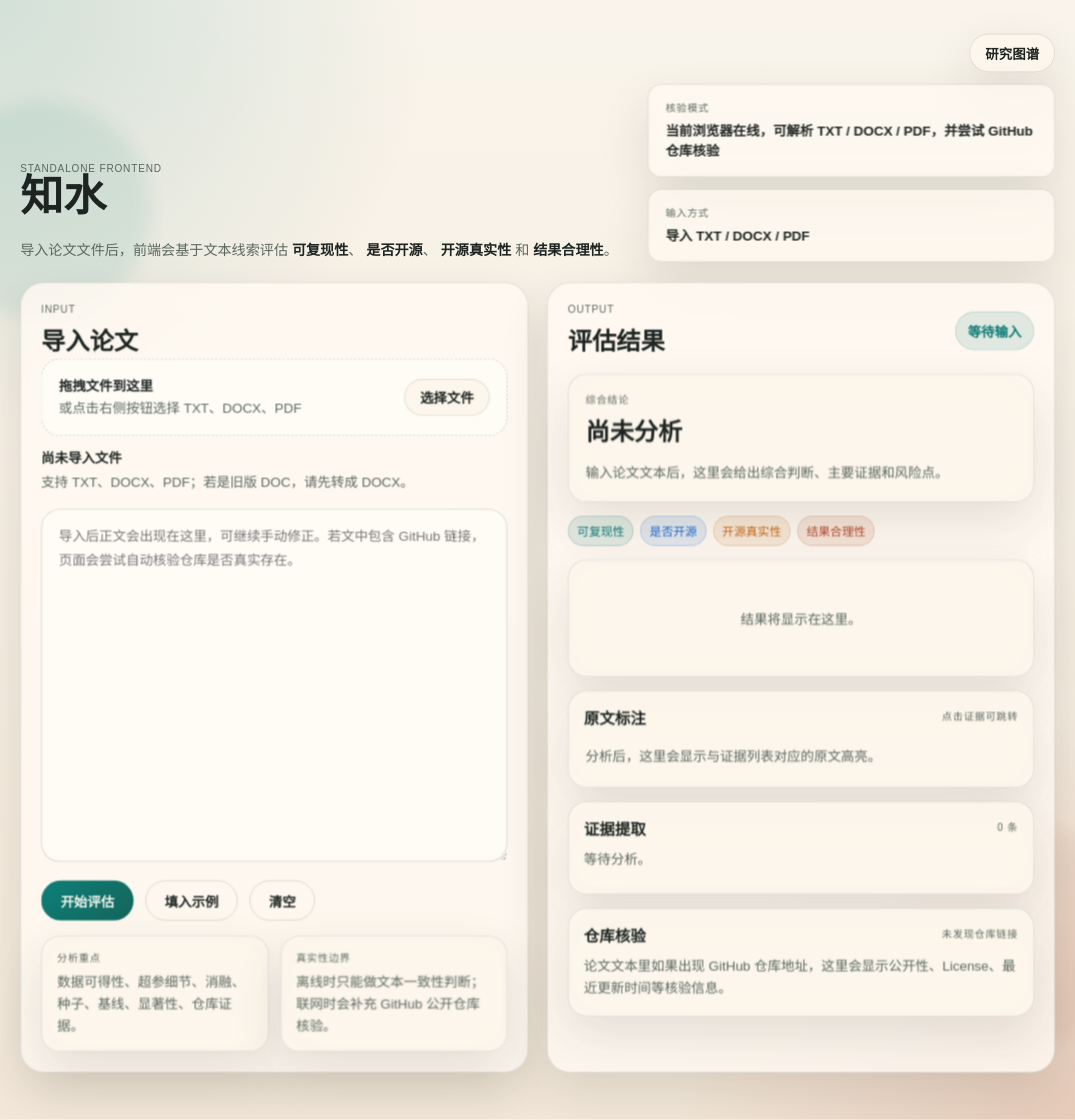
Repository: yueyueniannian/Prism
Page: LMQ3/index.html
These files come from the project's save history. The page is drawn as it stood at one moment and after the next save; the edit follows.
The browser window is 1280 px wide. The pictures show the whole page, at 84% of full size.

Above is the page before, as saved 2026-05-25 14:20:28.

### LMQ3/index.html
<!DOCTYPE html>
<html lang="zh-CN">
<head>
  <meta charset="UTF-8">
  <meta name="viewport" content="width=device-width, initial-scale=1.0">
  <title>Paper Audit Lab</title>
  <link rel="stylesheet" href="./styles.css">
  <script src="https://cdnjs.cloudflare.com/ajax/libs/pdf.js/3.11.174/pdf.min.js"></script>
  <script src="https://unpkg.com/mammoth@1.8.0/mammoth.browser.min.js"></script>
</head>
<body>
  <div id="splash" aria-hidden="true">
    <div class="splash-logo">
      <div class="splash-ring"></div>
      PA
    </div>
    <p class="splash-title">知水</p>
    <p class="splash-sub">论文复现性与可信度评估助手</p>
    <div class="splash-bar">
      <div class="splash-bar-fill"></div>
    </div>
  </div>

  <div class="page-shell">
    <div class="ambient ambient-left"></div>
    <div class="ambient ambient-right"></div>

    <header class="hero">
      <div class="hero-copy">
        <p class="eyebrow">Standalone Frontend</p>
        <h1>知水</h1>
        <p class="hero-text">
          导入论文文件后，前端会基于文本线索评估
          <span>可复现性</span>、
          <span>是否开源</span>、
          <span>开源真实性</span> 和
          <span>结果合理性</span>。
        </p>
      </div>
      <div class="hero-panel">
        <div class="hero-nav">
          <a class="nav-link-btn" href="./research-map.html" data-transition="research-map">研究图谱</a>
        </div>
        <div class="signal-card">
          <p class="signal-label">核验模式</p>
          <p class="signal-value" id="networkStatus">离线启发式 + GitHub 在线增强</p>
        </div>
        <div class="signal-card">
          <p class="signal-label">输入方式</p>
          <p class="signal-value">导入 TXT / DOCX / PDF</p>
        </div>
      </div>
    </header>

    <main class="workspace">
      <section class="panel input-panel">
        <div class="panel-header">
          <div>
            <p class="panel-kicker">Input</p>
            <h2>导入论文</h2>
          </div>
        </div>

        <div id="dropZone" class="drop-zone" role="button" tabindex="0">
          <div>
            <strong>拖拽文件到这里</strong>
            <p>或点击右侧按钮选择 TXT、DOCX、PDF</p>
          </div>
          <label class="file-picker">
            <input type="file" id="fileInput" accept=".txt,.md,.doc,.docx,.pdf,text/plain,text/markdown,application/pdf,application/vnd.openxmlformats-officedocument.wordprocessingml.document">
            选择文件
          </label>
        </div>

        <div class="import-meta">
          <span id="fileMeta">尚未导入文件</span>
          <span id="importHint">支持 TXT、DOCX、PDF；若是旧版 DOC，请先转成 DOCX。</span>
        </div>

        <textarea
          id="paperInput"
          placeholder="导入后正文会出现在这里，可继续手动修正。若文中包含 GitHub 链接，页面会尝试自动核验仓库是否真实存在。"
        ></textarea>

        <div class="action-row">
          <button id="analyzeBtn" class="primary-btn">开始评估</button>
          <button id="exampleBtn" class="ghost-btn">填入示例</button>
          <button id="clearBtn" class="ghost-btn">清空</button>
        </div>

        <div class="meta-grid">
          <article class="meta-card">
            <p class="meta-title">分析重点</p>
            <p>数据可得性、超参细节、消融、种子、基线、显著性、仓库证据。</p>
          </article>
          <article class="meta-card">
            <p class="meta-title">真实性边界</p>
            <p>离线时只能做文本一致性判断；联网时会补充 GitHub 公开仓库核验。</p>
          </article>
        </div>

        <div id="insightStack" class="insight-stack is-hidden">
          <article class="meta-card insight-card">
            <p class="meta-title">论文主要内容</p>
            <p id="paperSummary">导入并分析后，这里会给出论文做了什么、解决什么问题的简要概括。</p>
          </article>

          <article class="meta-card insight-card">
            <p class="meta-title">创新点解读</p>
            <p id="innovationSummary">这里会提炼方法创新、实验亮点或相对已有工作的主要变化。</p>
          </article>

          <article class="meta-card insight-card">
            <p class="meta-title">复现流程</p>
            <p id="reproductionGuide">如果检测到代码仓库，会给出基于源码的简要复现路线；否则给出从数据、环境到实验设置的大致引导。</p>
          </article>
        </div>
      </section>

      <section class="panel output-panel">
        <div class="panel-header">
          <div>
            <p class="panel-kicker">Output</p>
            <h2>评估结果</h2>
          </div>
          <div class="status-pill" id="analysisState">等待输入</div>
        </div>

        <div class="summary-card">
          <div>
            <p class="summary-label">综合结论</p>
            <h3 id="headlineVerdict">尚未分析</h3>
          </div>
          <p id="headlineExplanation" class="summary-copy">
            输入论文文本后，这里会给出综合判断、主要证据和风险点。
          </p>
        </div>

        <div class="legend" id="legend"></div>

        <div class="score-grid" id="scoreGrid">
          <article class="score-card placeholder-card">
            <p>结果将显示在这里。</p>
          </article>
        </div>

        <article class="detail-card paper-card">
          <div class="detail-head">
            <h3>原文标注</h3>
            <span>点击证据可跳转</span>
          </div>
          <div id="paperView" class="paper-view">
            分析后，这里会显示与证据列表对应的原文高亮。
          </div>
        </article>

        <article class="detail-card evidence-card">
          <div class="detail-head">
            <h3>证据提取</h3>
            <span id="evidenceCount">0 条</span>
          </div>
          <ul id="evidenceList" class="detail-list">
            <li>等待分析。</li>
          </ul>
        </article>

        <article class="detail-card repo-card">
          <div class="detail-head">
            <h3>仓库核验</h3>
            <span id="repoStatus">未发现仓库链接</span>
          </div>
          <div id="repoDetails" class="repo-details">
            论文文本里如果出现 GitHub 仓库地址，这里会显示公开性、License、最近更新时间等核验信息。
          </div>
        </article>
      </section>
    </main>
  </div>

  <script src="./app.js"></script>
</body>
</html>

### LMQ3/styles.css
:root {
  --bg: #f6efe4;
  --bg-strong: #eadfcf;
  --panel: rgba(255, 250, 242, 0.84);
  --panel-strong: rgba(252, 246, 236, 0.96);
  --ink: #1d2421;
  --muted: #5b675f;
  --line: rgba(42, 63, 56, 0.14);
  --accent: #0b7a75;
  --accent-soft: rgba(11, 122, 117, 0.12);
  --warn: #b24c2f;
  --warn-soft: rgba(178, 76, 47, 0.12);
  --good: #1c7c54;
  --shadow: 0 24px 60px rgba(45, 41, 34, 0.12);
  --radius-xl: 28px;
  --radius-lg: 22px;
  --radius-md: 16px;
  --repro: #0b7a75;
  --open: #1b6ac9;
  --truth: #c26a1b;
  --result: #b24c2f;
}

* {
  box-sizing: border-box;
}

#splash {
  position: fixed;
  inset: 0;
  z-index: 9999;
  display: flex;
  flex-direction: column;
  align-items: center;
  justify-content: center;
  background:
    radial-gradient(circle at 50% 40%, rgba(11, 122, 117, 0.18), transparent 50%),
    linear-gradient(180deg, #fbfcff 0%, #f3f6fb 50%, #e8edf5 100%);
  transition: opacity 0.55s ease, visibility 0.55s ease;
}

#transitionSplash {
  position: fixed;
  inset: 0;
  z-index: 10000;
  display: flex;
  flex-direction: column;
  align-items: center;
  justify-content: center;
  background:
    radial-gradient(circle at 50% 40%, rgba(11, 122, 117, 0.18), transparent 50%),
    linear-gradient(180deg, #fbfcff 0%, #f3f6fb 50%, #e8edf5 100%);
}

#splash.hidden {
  opacity: 0;
  visibility: hidden;
  pointer-events: none;
}

.splash-logo {
  width: 92px;
  height: 92px;
  display: grid;
  place-items: center;
  border-radius: 24px;
  color: #fff;
  font-size: 2rem;
  font-weight: 800;
  background: linear-gradient(135deg, #0f7e79, #b24c2f);
  box-shadow:
    0 22px 48px rgba(178, 76, 47, 0.28),
    inset 0 0 0 1px rgba(255, 255, 255, 0.38);
  animation: splashPulse 2.2s ease-in-out infinite;
  position: relative;
}

.splash-ring {
  position: absolute;
  inset: -10px;
  border-radius: 28px;
  border: 2.5px solid transparent;
  border-top-color: rgba(178, 76, 47, 0.45);
  border-right-color: rgba(11, 122, 117, 0.4);
  animation: spin 1.6s linear infinite;
}

.splash-title {
  margin-top: 28px;
  font-size: 1.42rem;
  font-weight: 780;
  color: #182033;
  letter-spacing: 0.4px;
}

.splash-sub {
  margin-top: 6px;
  color: #6a7284;
  font-size: 0.9rem;
  letter-spacing: 0.3px;
}

.splash-bar {
  margin-top: 32px;
  width: 180px;
  height: 4px;
  background: #dfe4ed;
  border-radius: 999px;
  overflow: hidden;
}

.splash-bar-fill {
  height: 100%;
  width: 0;
  border-radius: inherit;
  background: linear-gradient(90deg, #0f7e79, #b24c2f);
  animation: fillBar 2s ease-out forwards;
}

@keyframes splashPulse {
  0%, 100% {
    transform: scale(1);
    box-shadow: 0 22px 48px rgba(178, 76, 47, 0.28), inset 0 0 0 1px rgba(255, 255, 255, 0.38);
  }
  50% {
    transform: scale(1.06);
    box-shadow: 0 28px 58px rgba(178, 76, 47, 0.4), inset 0 0 0 1px rgba(255, 255, 255, 0.46);
  }
}

@keyframes spin {
  to {
    transform: rotate(360deg);
  }
}

@keyframes fillBar {
  0% { width: 0; }
  60% { width: 72%; }
  100% { width: 100%; }
}

html, body {
  margin: 0;
  min-height: 100%;
}

body {
  font-family: "Segoe UI Variable", "Microsoft YaHei", "PingFang SC", sans-serif;
  color: var(--ink);
  background:
    radial-gradient(circle at top left, rgba(11, 122, 117, 0.16), transparent 28%),
    radial-gradient(circle at bottom right, rgba(178, 76, 47, 0.18), transparent 26%),
    linear-gradient(180deg, #f9f4eb 0%, #f2e7d8 100%);
}

.page-shell {
  position: relative;
  overflow: hidden;
  min-height: 100vh;
  padding: 40px 24px 56px;
}

.ambient {
  position: absolute;
  border-radius: 999px;
  filter: blur(10px);
  opacity: 0.75;
  pointer-events: none;
}

.ambient-left {
  top: 120px;
  left: -80px;
  width: 260px;
  height: 260px;
  background: rgba(11, 122, 117, 0.12);
}

.ambient-right {
  right: -60px;
  bottom: 80px;
  width: 280px;
  height: 280px;
  background: rgba(178, 76, 47, 0.1);
}

.hero,
.workspace {
  position: relative;
  z-index: 1;
  max-width: 1320px;
  margin: 0 auto;
}

.hero {
  display: grid;
  grid-template-columns: minmax(0, 1.2fr) minmax(280px, 0.8fr);
  gap: 20px;
  align-items: end;
  margin-bottom: 24px;
}

.eyebrow,
.panel-kicker,
.summary-label,
.signal-label,
.meta-title,
.detail-head span {
  margin: 0 0 8px;
  letter-spacing: 0.08em;
  text-transform: uppercase;
  color: var(--muted);
  font-size: 12px;
}

.hero h1,
.panel h2,
.summary-card h3,
.detail-card h3 {
  font-family: "Palatino Linotype", "Book Antiqua", "Source Han Serif SC", serif;
}

.hero h1 {
  margin: 0;
  font-size: clamp(2.8rem, 4vw, 4.8rem);
  line-height: 0.94;
}

.hero-text {
  max-width: 720px;
  margin: 18px 0 0;
  font-size: 1.05rem;
  line-height: 1.75;
  color: var(--muted);
}

.hero-text span {
  color: var(--ink);
  font-weight: 700;
}

.hero-panel {
  display: grid;
  gap: 14px;
}

.hero-nav {
  display: flex;
  justify-content: flex-end;
}

.nav-link-btn {
  display: inline-flex;
  align-items: center;
  justify-content: center;
  min-height: 46px;
  padding: 0 18px;
  border-radius: 999px;
  border: 1px solid var(--line);
  background: var(--panel-strong);
  color: var(--ink);
  text-decoration: none;
  font-weight: 700;
  box-shadow: var(--shadow);
  transition: transform 180ms ease, border-color 180ms ease;
}

.signal-card,
.panel,
.summary-card,
.score-card,
.detail-card,
.meta-card {
  border: 1px solid var(--line);
  box-shadow: var(--shadow);
  backdrop-filter: blur(18px);
}

.signal-card {
  padding: 18px 20px;
  border-radius: var(--radius-md);
  background: rgba(255, 250, 242, 0.72);
}

.signal-value {
  margin: 0;
  font-weight: 700;
  line-height: 1.5;
}

.workspace {
  display: grid;
  grid-template-columns: minmax(320px, 1fr) minmax(360px, 1fr);
  gap: 22px;
}

.panel {
  background: var(--panel);
  border-radius: var(--radius-xl);
  padding: 24px;
}

.panel-header,
.detail-head,
.action-row,
.meta-grid,
.detail-grid {
  display: flex;
  gap: 14px;
}

.panel-header,
.detail-head {
  justify-content: space-between;
  align-items: center;
}

.panel h2 {
  margin: 0;
  font-size: 1.8rem;
}

.file-picker,
.primary-btn,
.ghost-btn,
.status-pill {
  border-radius: 999px;
  font-weight: 700;
}

.file-picker {
  display: inline-flex;
  align-items: center;
  justify-content: center;
  min-height: 44px;
  padding: 0 18px;
  border: 1px solid var(--line);
  background: var(--panel-strong);
  cursor: pointer;
}

.file-picker input {
  display: none;
}

textarea {
  width: 100%;
  min-height: 420px;
  margin: 18px 0;
  padding: 18px 20px;
  resize: vertical;
  border-radius: var(--radius-lg);
  border: 1px solid rgba(42, 63, 56, 0.18);
  background: rgba(255, 252, 246, 0.9);
  color: var(--ink);
  font: inherit;
  line-height: 1.75;
}

textarea:focus {
  outline: 2px solid rgba(11, 122, 117, 0.24);
  border-color: rgba(11, 122, 117, 0.4);
}

.drop-zone {
  display: flex;
  align-items: center;
  justify-content: space-between;
  gap: 18px;
  padding: 18px 20px;
  border-radius: var(--radius-lg);
  border: 1px dashed rgba(42, 63, 56, 0.24);
  background: rgba(255, 252, 246, 0.88);
}

.drop-zone strong {
  display: block;
  font-size: 1rem;
  margin-bottom: 4px;
}

.drop-zone p,
.import-meta span {
  margin: 0;
  color: var(--muted);
  line-height: 1.6;
}

.drop-zone.is-dragging {
  border-color: rgba(11, 122, 117, 0.42);
  background: rgba(11, 122, 117, 0.08);
}

.import-meta {
  display: grid;
  gap: 4px;
  margin: 14px 0 0;
}

.import-meta span:first-child {
  color: var(--ink);
  font-weight: 700;
}

.action-row {
  flex-wrap: wrap;
  margin-bottom: 18px;
}

button {
  font: inherit;
  cursor: pointer;
  transition: transform 180ms ease, background 180ms ease, border-color 180ms ease;
}

button:hover,
.file-picker:hover,
.nav-link-btn:hover {
  transform: translateY(-1px);
}

.primary-btn,
.ghost-btn {
  min-height: 48px;
  padding: 0 22px;
  border: 1px solid transparent;
}

.primary-btn {
  background: linear-gradient(135deg, #0d7f78, #15665c);
  color: #f7f7f2;
}

.ghost-btn {
  background: transparent;
  border-color: rgba(42, 63, 56, 0.18);
  color: var(--ink);
}

.meta-grid,
.detail-grid {
  align-items: stretch;
}

.meta-grid,
.insight-stack,
.detail-grid,
.score-grid {
  display: grid;
  gap: 14px;
}

.meta-grid {
  grid-template-columns: repeat(2, minmax(0, 1fr));
}

.meta-card,
.detail-card,
.score-card,
.summary-card {
  background: var(--panel-strong);
  border-radius: var(--radius-lg);
}

.meta-card {
  padding: 16px 18px;
  margin: 0;
}

.insight-stack {
  margin-top: 14px;
}

.insight-stack.is-hidden {
  display: none;
}

.insight-card p:last-child {
  margin: 0;
  color: var(--muted);
  line-height: 1.72;
}

.meta-card p:last-child {
  margin: 0;
  color: var(--muted);
  line-height: 1.65;
}

.status-pill {
  padding: 10px 14px;
  background: var(--accent-soft);
  color: var(--accent);
  border: 1px solid rgba(11, 122, 117, 0.18);
}

.legend {
  display: flex;
  flex-wrap: wrap;
  gap: 8px;
  margin: 16px 0;
}

.legend-chip {
  padding: 7px 10px;
  border-radius: 999px;
  font-size: 0.88rem;
  color: var(--ink);
  background: rgba(255, 255, 255, 0.75);
  border: 1px solid rgba(42, 63, 56, 0.12);
}

.summary-card {
  display: grid;
  gap: 14px;
  padding: 20px;
  margin: 18px 0 16px;
}

.summary-card h3 {
  margin: 0;
  font-size: 1.8rem;
}

.summary-copy {
  margin: 0;
  color: var(--muted);
  line-height: 1.75;
}

.score-grid {
  grid-template-columns: repeat(2, minmax(0, 1fr));
}

.score-card {
  padding: 18px;
  animation: fadeUp 320ms ease both;
}

.dim-reproducibility .score-value,
.dim-reproducibility .score-copy {
  color: var(--repro);
}

.dim-openSource .score-value,
.dim-openSource .score-copy {
  color: var(--open);
}

.dim-repoTruth .score-value,
.dim-repoTruth .score-copy {
  color: var(--truth);
}

.dim-resultReason .score-value,
.dim-resultReason .score-copy {
  color: var(--result);
}

.score-top {
  display: flex;
  justify-content: space-between;
  align-items: baseline;
  gap: 12px;
  margin-bottom: 10px;
}

.score-top h3 {
  margin: 0;
  font-size: 1.1rem;
}

.score-value {
  font-size: 1.7rem;
  font-weight: 800;
}

.bar {
  height: 12px;
  background: rgba(29, 36, 33, 0.08);
  border-radius: 999px;
  overflow: hidden;
  margin-bottom: 12px;
}

.bar > span {
  display: block;
  height: 100%;
  border-radius: inherit;
  background: linear-gradient(90deg, #0f8e7f, #e67f3a);
}

.score-copy,
.repo-details,
.detail-list {
  color: var(--muted);
  line-height: 1.7;
}

.score-copy {
  margin: 0;
}

.placeholder-card {
  display: grid;
  place-items: center;
  min-height: 140px;
  grid-column: 1 / -1;
  color: var(--muted);
}

.detail-grid {
  grid-template-columns: repeat(2, minmax(0, 1fr));
  margin-top: 16px;
}

.detail-card {
  padding: 18px;
}

.detail-head {
  margin-bottom: 8px;
}

.detail-head h3 {
  margin: 0;
  font-size: 1.15rem;
}

.detail-list {
  margin: 0;
  padding-left: 20px;
}

.evidence-card {
  margin-top: 16px;
}

.evidence-card .detail-list {
  padding-left: 0;
  list-style: none;
}

.repo-card {
  margin-top: 16px;
}

.repo-details {
  min-height: 48px;
}

.paper-card {
  margin-top: 16px;
}

.paper-view {
  padding: 8px 2px 2px;
  color: var(--muted);
  line-height: 2;
}

.paper-paragraph {
  margin: 0 0 12px;
}

.paper-segment {
  position: relative;
  display: inline;
  padding: 0 2px;
  border-radius: 6px;
}

.paper-segment.is-highlight {
  background: var(--highlight-bg);
  color: var(--ink);
  box-decoration-break: clone;
  -webkit-box-decoration-break: clone;
}

.paper-segment.flash-focus {
  outline: 2px solid rgba(11, 122, 117, 0.45);
  box-shadow: 0 0 0 5px rgba(11, 122, 117, 0.12);
}

.mini-tags {
  display: inline-flex;
  gap: 4px;
  margin-left: 6px;
  vertical-align: middle;
}

.mini-tag {
  display: inline-flex;
  align-items: center;
  padding: 1px 6px;
  border-radius: 999px;
  font-size: 0.72rem;
  color: var(--ink);
  background: rgba(255, 255, 255, 0.78);
  border: 1px solid rgba(42, 63, 56, 0.12);
}

.badge-line {
  display: flex;
  flex-wrap: wrap;
  gap: 8px;
  margin-top: 12px;
}

.badge {
  padding: 7px 10px;
  border-radius: 999px;
  font-size: 0.88rem;
  background: var(--accent-soft);
  color: var(--accent);
  border: 1px solid rgba(11, 122, 117, 0.18);
}

.badge.warn {
  background: var(--warn-soft);
  color: var(--warn);
  border-color: rgba(178, 76, 47, 0.18);
}

.evidence-item {
  width: 100%;
  display: grid;
  grid-template-columns: auto 1fr;
  align-items: start;
  gap: 10px;
  padding: 12px 14px;
  border: 1px solid rgba(42, 63, 56, 0.12);
  border-radius: 16px;
  background: rgba(255, 255, 255, 0.62);
  color: var(--ink);
  text-align: left;
}

.evidence-item:hover {
  transform: translateY(-1px);
  border-color: rgba(42, 63, 56, 0.22);
}

.evidence-tag {
  padding: 5px 8px;
  border-radius: 999px;
  font-size: 0.78rem;
  white-space: nowrap;
  color: var(--ink);
  background: rgba(255, 255, 255, 0.78);
  border: 1px solid rgba(42, 63, 56, 0.12);
}

.evidence-main {
  display: grid;
  gap: 2px;
}

.evidence-main strong {
  font-size: 0.95rem;
}

.evidence-main span {
  color: var(--muted);
  line-height: 1.55;
}

.detail-list li {
  margin-bottom: 10px;
}

@keyframes fadeUp {
  from {
    opacity: 0;
    transform: translateY(10px);
  }
  to {
    opacity: 1;
    transform: translateY(0);
  }
}

@media (max-width: 1060px) {
  .hero,
  .workspace,
  .detail-grid,
  .meta-grid,
  .score-grid {
    grid-template-columns: 1fr;
  }

  .hero {
    align-items: start;
  }
}

@media (max-width: 640px) {
  .page-shell {
    padding: 24px 14px 40px;
  }

  .panel {
    padding: 18px;
  }

  textarea {
    min-height: 320px;
  }

  .panel-header,
  .detail-head {
    align-items: flex-start;
    flex-direction: column;
  }

  .drop-zone {
    align-items: flex-start;
    flex-direction: column;
  }

  .evidence-item {
    grid-template-columns: 1fr;
  }
}

Loaded but not shown: LMQ3/app.js (1094 lines, source omitted)

After the next save:
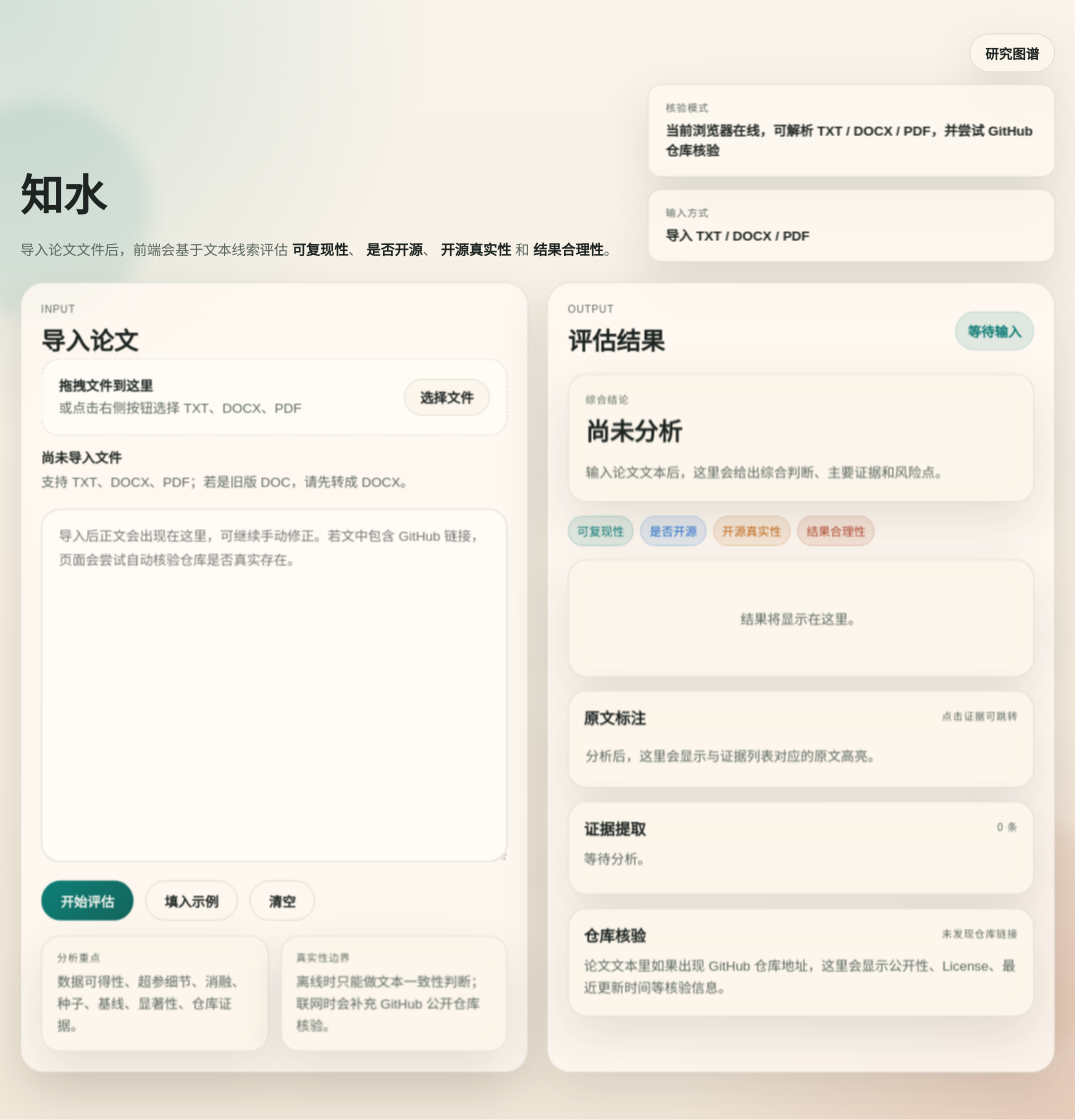
Saved 6 min 33 s later.
--- a/LMQ3/index.html
+++ b/LMQ3/index.html
@@ -27,7 +27,7 @@
 
     <header class="hero">
       <div class="hero-copy">
-        <p class="eyebrow">Standalone Frontend</p>
+
         <h1>知水</h1>
         <p class="hero-text">
           导入论文文件后，前端会基于文本线索评估
